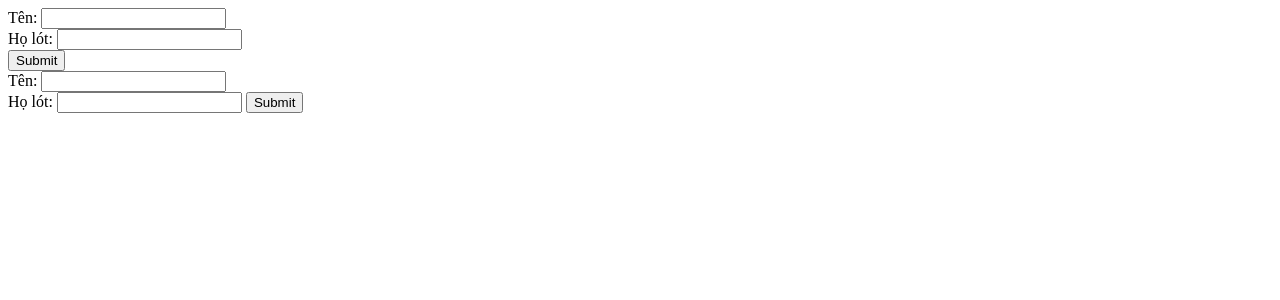
Repository: dangpham258/LapTrinhWeb
Page: BaiTap01/src/main/webapp/login.html
These files come from the project's save history. The page is drawn as it stood at one moment and after the next save; the edit follows.
The browser window is 1280 px wide. The pictures show the whole page.

Above is the page before, as saved 2025-08-22 03:30:34.

### BaiTap01/src/main/webapp/login.html
<!DOCTYPE html>
<html>
<head>
    <meta charset="UTF-8">
    <title>Form nhập thông tin</title>
</head>
<body>
    <form action="home" method="GET">
        Tên: <input type="text" name="ten" /> <br />
        Họ lót: <input type="text" name="holot" /> <br />
        <input type="submit" value="Submit" />
    </form>

	<form action="home" method="GET">
		Tên: <input type="text" name="ten"> <br />
		Họ lót:
		<input type="text" name="holot" /> <input type="submit" value="Submit" />
	</form>
</body>
</html>

After the next save:
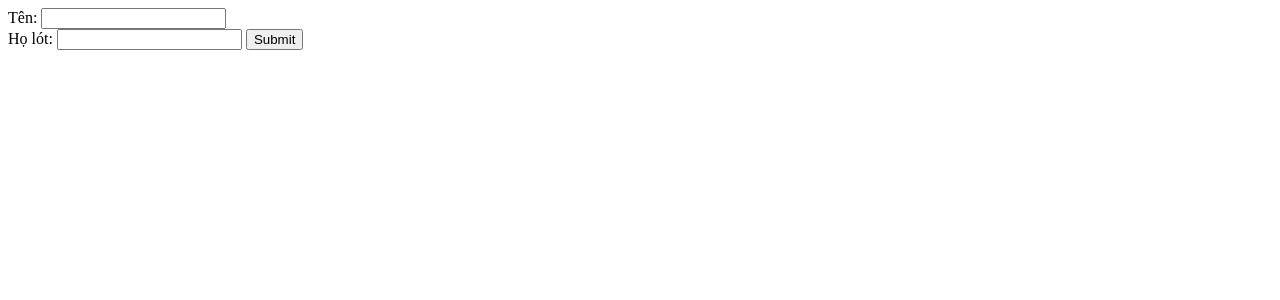
Saved 5 s later.
--- a/BaiTap01/src/main/webapp/login.html
+++ b/BaiTap01/src/main/webapp/login.html
@@ -5,12 +5,6 @@
     <title>Form nhập thông tin</title>
 </head>
 <body>
-    <form action="home" method="GET">
-        Tên: <input type="text" name="ten" /> <br />
-        Họ lót: <input type="text" name="holot" /> <br />
-        <input type="submit" value="Submit" />
-    </form>
-
 	<form action="home" method="GET">
 		Tên: <input type="text" name="ten"> <br />
 		Họ lót:
